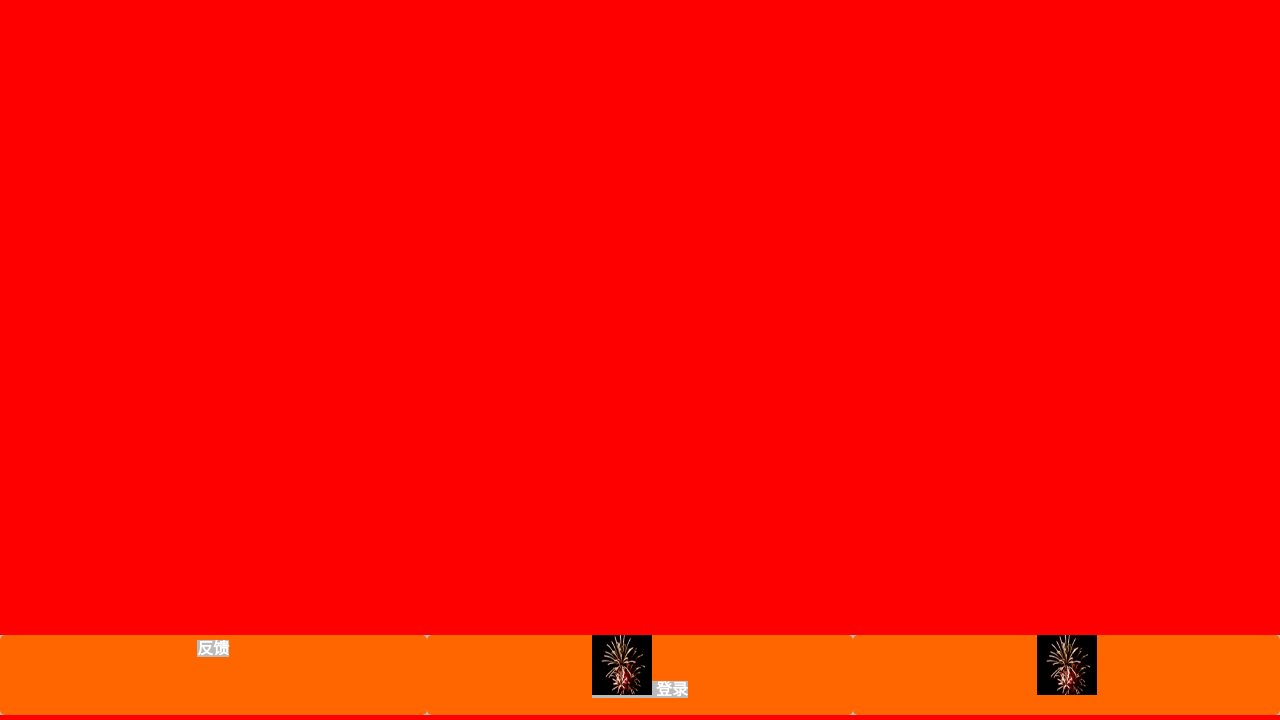
Repository: wangxinjun08231116/Html5Views
Page: WangXinJun/WebContent/htmls/QCF/shouye.html
An editor plug-in stored every save of this project. The page is shown before and after the next save, followed by the edit.
The browser window is 1280 px wide. The pictures show the whole page.

Above is the page before, as saved 2015-01-21 09:02:18.

### WangXinJun/WebContent/htmls/QCF/shouye.html
<!DOCTYPE HTML>
<html>
<head>
<meta http-equiv="Content-Type" content="text/html; charset=utf-8">
<title>test</title>
 <link href="/WangXinJun/css/QCF/shouye.css" rel="stylesheet" type="text/css"/>
</head>


<body>
<div class="container" >
<!--
        <img class = "image" src="/WangXinJun/images/js06/thumbnail_fireworks.jpg" >
-->

        <div class="btContainer" >
		<div class="submit-div" >
		<!--

					<a class="submit-btn">注册</a>
		-->
					<img class = "bottomImage" src="/WangXinJun/images/js06/thumbnail_fireworks.jpg" >

		</div>

		<div class="submit-div" >
			<a class="submit-btn"><img class = "bottomImage" src="/WangXinJun/images/js06/thumbnail_fireworks.jpg" > 登录</a>



		</div>
		<div class="submit-div" >

			<a class="submit-btn">反馈</a>
							<!--

			<img class = "bottomImage" src="/WangXinJun/images/js06/thumbnail_fireworks.jpg" >

							-->

		</div>
		</div>
</div>

</body>
</html>

### WangXinJun/WebContent/css/QCF/shouye.css

* {margin:0;padding:0;}

html{
	height:100%;width:100%;
	background-color:green;

}
body {height:100%;width:100%;
	background-color:green;

}

.container {width:100%;height:100%;
	background-color:red;
	position:absolute;
}

.image{width:100%;height:100%;background:#ccc;
		position:absolute;
		bottom:80px;
}




.btContainer{width:100%;height:80px;background:#bbb;
	position:absolute;
	bottom:5px;
}

.submit-div {
    height:80px;
    background-color: #f60;
    border-radius: 5px;
    color: #fff;
    font-size: 16px;
    font-weight: bold;
    width:33.333%;
	float:right;
	color: #fff;
    font-size: 16px;
    text-align:center;
}

.bottomImage{width:60px;height:60px;background:#ccc;
	//position:absolute;
	left = 0px;
	top  = 0px;
	Z-position = 1;
}

.submit-btn {
	//position:relative;
	//position:absolute;
	width:40px;
    height:40px;
    background-color: #bbb;
    color: #fff;
    font-weight: bold;
    font-size: 16px;
    left = -10px;

}

After the next save:
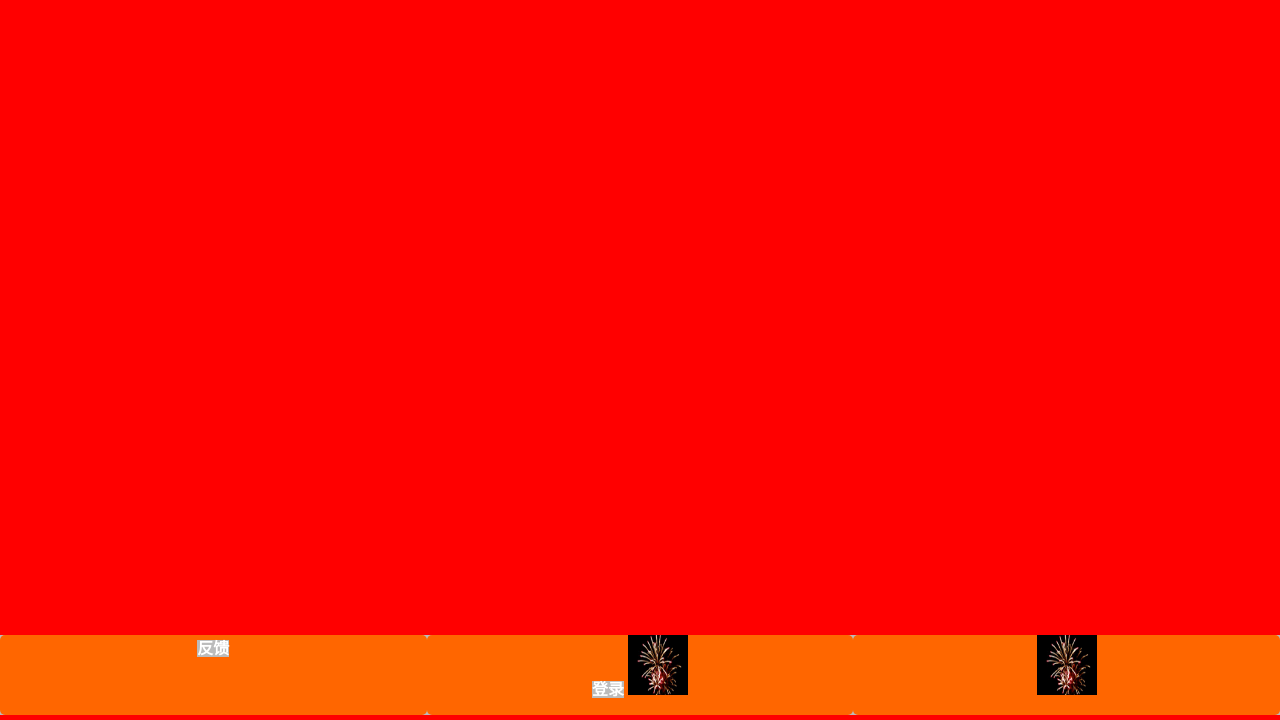
Saved 35 s later.
--- a/WangXinJun/WebContent/htmls/QCF/shouye.html
+++ b/WangXinJun/WebContent/htmls/QCF/shouye.html
@@ -24,9 +24,9 @@
 		</div>
 
 		<div class="submit-div" >
-			<a class="submit-btn"><img class = "bottomImage" src="/WangXinJun/images/js06/thumbnail_fireworks.jpg" > 登录</a>
+			<a class="submit-btn">登录</a>
 
-
+			<img class = "bottomImage" src="/WangXinJun/images/js06/thumbnail_fireworks.jpg" >
 
 		</div>
 		<div class="submit-div" >
